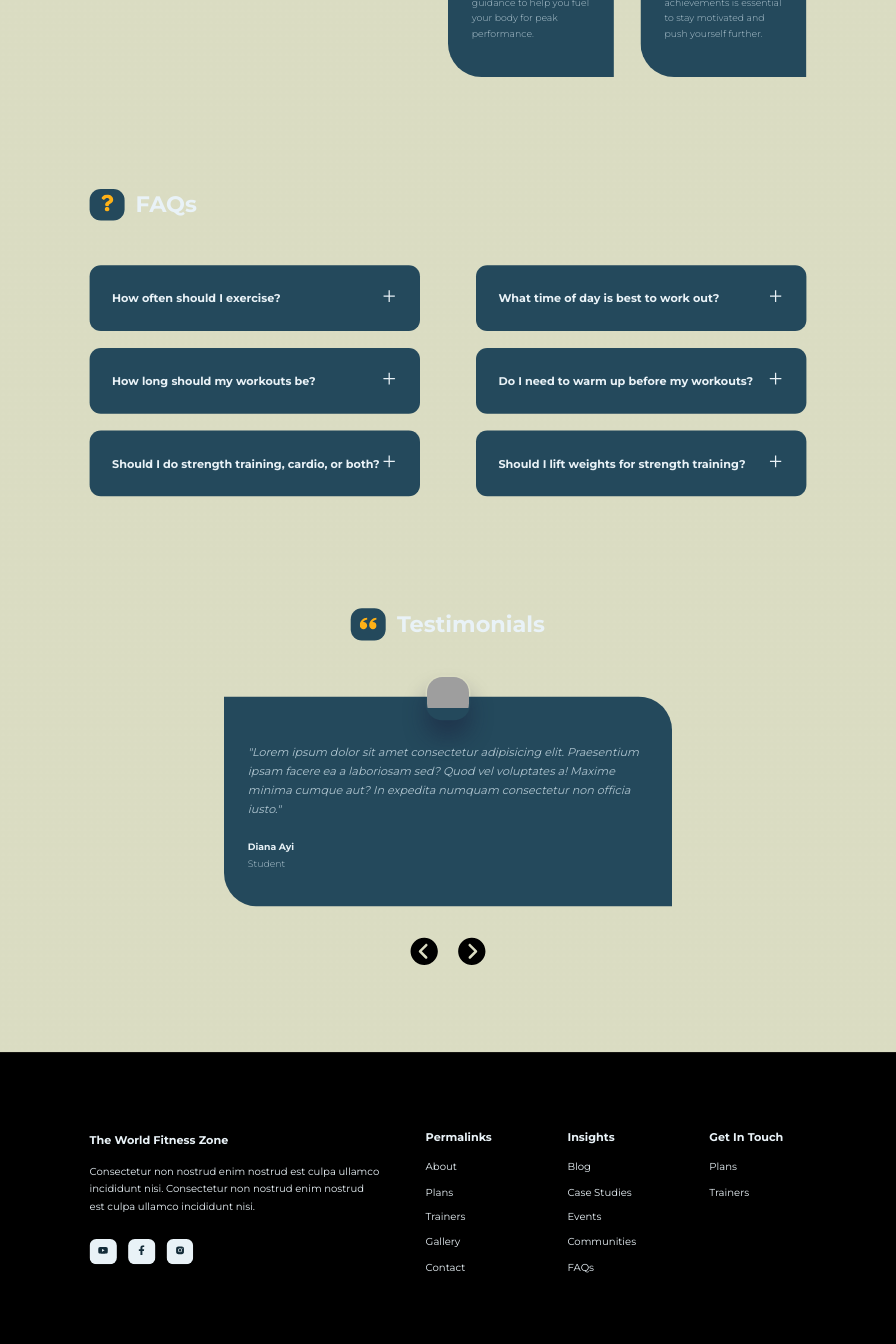
Repository: aryaMode/gym-portfolio
Page: /
The author's editor kept a copy of each file at every save. The page is drawn from the files as they stood at one save, then again after the next save.
The browser window is 1280 px wide. The pictures show the part of the page from y = 2980 to 4900 px (the page is 4900 px tall), at 70% of full size.
Pictures or frames that could not be fetched are drawn as grey boxes. The project was rebuilt for these pictures with package versions that can differ from the ones it lists, and the page was loaded fresh each time. Also part of the build but not shown: src/pages/about/about.css, src/components/Header.jsx, src/pages/about/About.jsx, src/pages/contact/contact.css, src/pages/contact/Contact.jsx, src/pages/gallery/gallery.css, src/pages/gallery/Gallery.jsx, src/pages/notFound/notFound.css and 6 more.

Above is the page before, as saved 2023-07-20 18:01:28.

### public/index.html
<!DOCTYPE html>
<html lang="en">

<head>
    <meta charset="UTF-8">
    <meta http-equiv="X-UA-Compatible" content="IE=edge">
    <meta name="viewport" content="width=device-width, initial-scale=1.0">
    <title>Portfolio Website</title>
    <!-- GOOGLE FONTS (montserrat) -->
    <link href="https://fonts.googleapis.com/css2?family=Montserrat:wght@300;400;500;600;700&display=swap"
        rel="stylesheet">
</head>

<body>
    <div id="root"></div>
</body>

</html>

### src/App.jsx
// rafce -> shortcut to create component and export
import { BrowserRouter, Routes, Route } from "react-router-dom";
import React from "react";
import Home from "./pages/home/Home";
import About from "./pages/about/About";
import Contact from "./pages/contact/Contact";
import Gallery from "./pages/gallery/Gallery";
import NotFound from "./pages/notFound/NotFound";
import Plans from "./pages/plans/Plans";
import Trainers from "./pages/trainers/Trainers";
import Navbar from "./components/Navbar";
import Footer from "./components/Footer";

const App = () => {
	return (
		<BrowserRouter>
			<Navbar />
			<Routes>
				<Route index element={<Home />} />
				<Route path="about" element={<About />} />
				<Route path="contact" element={<Contact />} />
				<Route path="gallery" element={<Gallery />} />
				<Route path="plans" element={<Plans />} />
				<Route path="trainers" element={<Trainers />} />
				<Route path="*" element={<NotFound />} />
			</Routes>
			<Footer />
		</BrowserRouter>
	);
};

export default App;

### src/pages/home/Home.jsx
import React from "react";
import "./home.css";
import MainHeader from "../../components/MainHeader";
import Program from "../../components/Program";
import Values from "../../components/Values";
import FAQs from "../../components/FAQs";
import Testimonial from "../../components/Testimonial";
// import Footer from "../../components/Footer";

const Home = () => {
	return (
		<>
			<MainHeader />
			<Program />
			<Values />
			<FAQs />
			<Testimonial />
			{/* <Footer /> comment this out so footer wount be double */}
		</>
	);
};

export default Home;

### src/components/Navbar.jsx
import { useState } from "react";
import {logoName} from "../data";
import { Link, NavLink } from "react-router-dom";
// NavLink comes with an isactive prop which we can use to detect which page we on
// so we can have a special style for that link
import React from "react";
import Logo from "../images/logo.png";
import { links } from "../data";
import { GoThreeBars } from "react-icons/go";
import { MdOutlineClose } from "react-icons/md";
import "./navbar.css";

const Navbar = () => {
	const [isNavShowing, setIsNavShowing] = useState(false);

	const handleNavToggle = () => {
		return setIsNavShowing((prevVAlue) => {
			return !prevVAlue;
		});
	};

	return (
		<nav>
			<div className="container nav__container">
				<Link to="/" className="logo" onClick={handleNavToggle}>
					{/* <img src={Logo} alt="Nav-logo" /> */}
					<div>{logoName}</div>
				</Link>
				<ul
					className={`nav__links ${isNavShowing ? "show__nav" : "hide__nav"}`}
				>
					{/* Destructure the links array of object from the links to get each item */}
					{links.map(({ name, path }, index) => {
						return (
							<li key={index}>
								<NavLink
									to={path}
									className={({ isActive }) => (isActive ? "active-nav" : "")}
									onClick={handleNavToggle}
								>
									{name}
								</NavLink>
							</li>
						);
					})}
				</ul>
				<button onClick={handleNavToggle} className="nav__toggle-btn">
					{isNavShowing ? <MdOutlineClose /> : <GoThreeBars />}
				</button>
			</div>
		</nav>
	);
};

export default Navbar;

// export PATH=$PATH:/home/daveworld/bin

### src/components/Footer.jsx
import React from "react";
import { Link } from "react-router-dom";
import {logoName} from "../data";
import Logo from "../images/logo.png";
import { FaYoutube } from "react-icons/fa";
import { FaFacebookF } from "react-icons/fa";
import { AiOutlineTwitter } from "react-icons/ai";
import { AiFillInstagram } from "react-icons/ai";

const Footer = () => {
	return (
		<footer>
			<div className="container footer__container">
				<article>
					<Link to="/" className="logo">
						{/* <img src={Logo} alt="Footer Logo" /> */}
					{logoName}
					</Link>
					<p>
						Consectetur non nostrud enim nostrud est culpa ullamco incididunt
						nisi. Consectetur non nostrud enim nostrud est culpa ullamco
						incididunt nisi.
					</p>
					<div className="footer__socials">
						<a
							href="https://youtube.com/@Thesandeep325"
							target="_blank"
							rel="noreferrer noopener"
						>
							<FaYoutube />
						</a>
						<a
							href="https://www.facebook.com/profile.php?id=100000823973714&mibextid=LQQJ4d"
							target="_blank"
							rel="noreferrer noopener"
						>
							<FaFacebookF />
						</a>

						<a
							href="https://instagram.com/the_world_fitness_zone_?igshid=MzRlODBiNWFlZA=="
							target="_blank"
							rel="noreferrer noopener"
						>
							<AiFillInstagram />
						</a>
					</div>
				</article>
				<article>
					<h4>Permalinks</h4>
					<Link to="/about">About</Link>
					<Link to="/plans">Plans</Link>
					<Link to="/trainers">Trainers</Link>
					<Link to="/gallery">Gallery</Link>
					<Link to="/contact">Contact</Link>
				</article>
				<article>
					<h4>Insights</h4>
					<Link to="/s">Blog</Link>
					<Link to="/s">Case Studies</Link>
					<Link to="/s">Events</Link>
					<Link to="/s">Communities</Link>
					<Link to="/constact">FAQs</Link>
				</article>
				<article>
					<h4>Get In Touch</h4>
					<Link to="/contact">Plans</Link>
					<Link to="/s">Trainers</Link>
				</article>
			</div>
			<br />
			<br />
			<br />
			<br />
		</footer>
	);
};

export default Footer;

### src/components/MainHeader.jsx
import React from "react";
import { Link } from "react-router-dom";
import Image from "../images/main_header.png";

const MainHeader = () => {
	return (
		<header className="main__header">
			<div className="container main__header-container">
				<div className="main__header-left">
					<h4>Welcome to The World Fitness Zone, Karnal!</h4>
					<h1>Unleash Your Potential with The World Fitness Zone

</h1>
					<p>
					Are you ready to take your fitness journey to the next level? Look no further than The World Fitness Zone - Karnal's premier fitness destination. We are not just a gym; we are a community of fitness enthusiasts who believe in the power of transformation and the pursuit of a healthier, fitter lifestyle.
					</p>
					<Link to="/contact" className="btn lg">
						Get Started
					</Link>
				</div>
				<div className="main__header-right">
					<div className="main__header-circle"></div>
					<div className="main__header-image">
						<img src={Image} alt="MainHeaderImage" />
					</div>
				</div>
			</div>
		</header>
	);
};

export default MainHeader;

### src/components/Program.jsx
import React from "react";
import { FaCrown } from "react-icons/fa";
import SectionHead from "./SectionHead";
import { programs } from "../data";
import Card from "../UI/Card";
import { Link } from "react-router-dom";
import { AiFillCaretRight } from "react-icons/ai";

const Program = () => {
	return (
		<section className="programs">
			<div className="container programs container">
				<SectionHead icon={<FaCrown />} title="Programs" />

				<div className="program__wrapper">
					{programs.map(({ id, icon, title, info, path }) => {
						return (
							<Card className="programs__program" key={id}>
								<span>{icon}</span>
								<h4>{title}</h4>
								<small>{info}</small>
								<Link to={path} className="btn sm">
									Contact Us <AiFillCaretRight />
								</Link>
							</Card>
						);
					})}
				</div>
			</div>
		</section>
	);
};

export default Program;

### src/components/Values.jsx
import React from "react";
import Image from "../images/values.jpg";
import SectionHead from "./SectionHead";
import { GiCutDiamond } from "react-icons/gi";
import { values } from "../data";
import Card from "../UI/Card";

const Values = () => {
	return (
		<section className="values">
			<div className="container values__container">
				<div className="values__left">
					<div className="values__image">
						<img src={Image} alt="values Image" />
					</div>
				</div>
				<div className="values__right">
					<SectionHead icon={<GiCutDiamond />} title="Values" />
					<p>
					We believe in empowering individuals to take charge of their fitness journey, unlocking their full potential, and transforming their lives through dedication and perseverance.
					</p>
					<div className="values__wrapper">
						{values.map(({ id, icon, title, desc }) => {
							return (
								<Card className="values__value" key={id}>
									<span>{icon}</span>
									<h4>{title}</h4>
									<small>{desc}</small>
								</Card>
							);
						})}
					</div>
				</div>
			</div>
		</section>
	);
};

export default Values;

### src/components/FAQs.jsx
import React from "react";
import { FaQuestion } from "react-icons/fa";
import { faqs } from "../data";
import FAQ from "./FAQ";
import SectionHead from "./SectionHead";
const FAQs = () => {
	return (
		<section className="faqs">
			<div className="container faqs__container">
				<SectionHead icon={<FaQuestion />} title="FAQs" />
				<div className="faqs__wrapper">
					{faqs.map(({ id, question, answer }) => {
						return <FAQ key={id} question={question} answer={answer} />;
					})}
				</div>
			</div>
		</section>
	);
};

export default FAQs;

### src/components/Testimonial.jsx
import React, { useState } from "react";
import SectionHead from "./SectionHead";
import { ImQuotesLeft } from "react-icons/im";
import Card from "../UI/Card";
import {
	IoIosArrowDropleftCircle,
	IoIosArrowDroprightCircle,
} from "react-icons/io";
import { testimonials } from "../data";

const Testimonial = () => {
	const [index, setIndex] = useState(0);
	const { name, quote, job, avatar } = testimonials[index];

	const handlePreviousTestimonial = () => {
		setIndex((prevValue) => {
			return prevValue - 1;
		});
		if (index <= 0) {
			setIndex(testimonials.length - 1);
		}
	};
	const handleAfterTestimonial = () => {
		setIndex((prevValue) => {
			return prevValue + 1;
		});
		if (index >= testimonials.length - 1) {
			setIndex(0);
		}
	};

	return (
		<section className="testimonials">
			<div className="container testimonial__container">
				<SectionHead
					icon={<ImQuotesLeft />}
					title="Testimonials"
					className="testimonials__head"
				/>
				<Card className="testimonial">
					<div className="testimonial__avatar">
						<img src={avatar} alt={name} />
					</div>
					<p className="testimonial__quote">{`"${quote}"`}</p>
					<h5>{name}</h5>
					<small className="testimonial__title">{job}</small>
				</Card>
				<div className="testimonial__btn-container">
					<button
						className="testimonials__btn"
						onClick={handlePreviousTestimonial}
					>
						<IoIosArrowDropleftCircle />
					</button>
					<button
						className="testimonials__btn"
						onClick={handleAfterTestimonial}
					>
						<IoIosArrowDroprightCircle />
					</button>
				</div>
			</div>
		</section>
	);
};

export default Testimonial;

### src/UI/Card.jsx
import React from "react";

const Card = ({ className, children }) => {
	return <article className={`card ${className}`}>{children}</article>;
};

export default Card;

### src/components/navbar.css
nav{
    height: 5rem;
    width: 100vw; /*100% of the window/browser*/
    background: var(--color-primary);
    display: grid;
    place-items: center;
    position: fixed; /*commnt this to see hiden layers*/
    top: 0;
    left: 0;
    z-index: 99; /* makes sure it sit on all items*/
}

/* Only show on medium and small screens */
.nav__toggle-btn {
    display: none;
}

.nav__container {
    height: 100%;

    display: flex;
    justify-content: space-between;
    align-items: center;
    position: relative;
}

.logo{
    width: 50vw;
    font-size: 1rem;
    font-weight: bold;
    margin-right: 50px;
    display: flex;
}

.nav__links{
    display: flex;
    gap: 3.5rem;
    align-items: center;
}

.nav__links a {
    transition: var(--transition);
}

.nav__links a:hover {
    color: var(--color-secondary);
}

.active-nav {
    position: relative;
}

.active-nav::after{
    content: "";
    display: block;
    width: 1.2rem;
    height: 1.2rem;
    background-color: var(--color-primary);
    position: absolute;
    left: calc(50% - 0.6rem);
    transform: rotate(45deg);
    margin-top: 0.9rem;
}

 /******************** MEDIA QUERIES (mesium and small screens) ********************/
 @media screen and (max-width: 1024px) {
    .nav__toggle-btn {
        display: inline-block;
        background: transparent;
        font-size: 1.8rem;
        cursor: pointer;
    }

    .nav__toggle-btn svg{
        color: var(--color-gray-100);
    }

    .nav__links {
        position: absolute;
        top: 100%;
        right: 0;
        flex-direction: column;
        gap: 0;
        perspective: 400px;
    }

    .active-nav {
        display: none;
    }

    .active-nav, .active-nav::after{
        display: none;
    }

    .nav__links li {
        height: 4rem;
        width: 100%;
        box-shadow: -2rem 2rem 5rem rgba(0, 0, 0, 0.5);
        animation: navAnimation 600ms ease forwards;
        transform: rotateX(90deg);
        opacity: 0;
        transform-origin: top;
    }

    .nav__links li:nth-child(2) {
        animation-delay: 200ms;
    }
    .nav__links li:nth-child(3) {
        animation-delay: 400ms;
    }
    .nav__links li:nth-child(4) {
        animation-delay: 600ms;
    }
    .nav__links li:nth-child(5) {
        animation-delay: 800ms;
    }
    .nav__links li:nth-child(6) {
        animation-delay: 1s;
    }
    .nav__links li:nth-child(7) {
        animation-delay: 1.2s;
    }

    @keyframes navAnimation {
        to {
            transform: rotateX(0);
            opacity: 1;
        }
    }

    .nav__links li a {
        background-color: var(--color-primary);
        height: 100%;
        width: 100%;
        display: flex;
        align-items: center;
        padding: 1rem 5rem 1rem 3rem;
    }

    .show__nav {
        display: flex;
    }

    .hide__nav {
        display: none;
    }

 }

### src/components/SectionHead.jsx
import React from "react";

// A reuseable component for each section name
const SectionHead = ({ icon, title, className }) => {
	return (
		<div className={`section__head ${className}`}>
			<span>{icon}</span>
			<h2>{title}</h2>
		</div>
	);
};

export default SectionHead;

### src/components/FAQ.jsx
import React, { useState } from "react";
import { AiOutlinePlus } from "react-icons/ai";
import { AiOutlineMinus } from "react-icons/ai";

const FAQ = ({ question, answer }) => {
	const [isAnswerShowing, setIsAnswerShowing] = useState(false);

	const handleFAQ = () => {
		return setIsAnswerShowing((prevValue) => {
			return !prevValue;
		});
	};

	return (
		<article className="faq" onClick={handleFAQ}>
			<div>
				<h4>{question}</h4>
				<button className="faq__icon">
					{isAnswerShowing ? <AiOutlineMinus /> : <AiOutlinePlus />}
				</button>
			</div>
			{isAnswerShowing && <p>{answer}</p>}
		</article>
	);
};

export default FAQ;

Loaded but not shown: src/index.js (common file); src/data.js (331 lines, source omitted); src/pages/home/home.css (412 lines, source omitted); src/index.css (248 lines, source omitted)

After the next save:
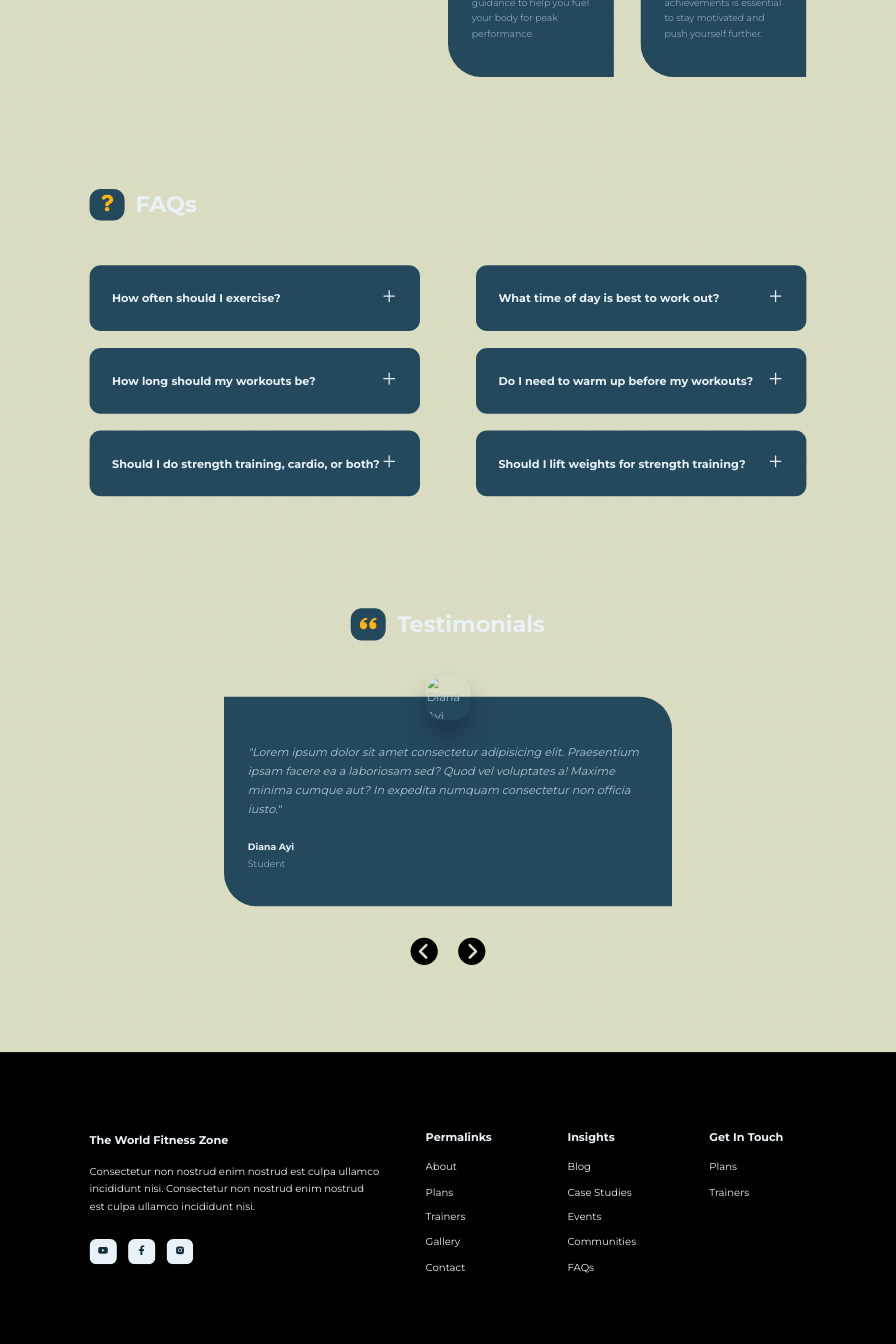
Saved 23 s later.
--- a/src/components/Testimonial.jsx
+++ b/src/components/Testimonial.jsx
@@ -39,7 +39,7 @@
 				/>
 				<Card className="testimonial">
 					<div className="testimonial__avatar">
-						<img src={avatar} alt={name} />
+						<img href={avatar} alt={name} />
 					</div>
 					<p className="testimonial__quote">{`"${quote}"`}</p>
 					<h5>{name}</h5>

After the 3 saves that followed:
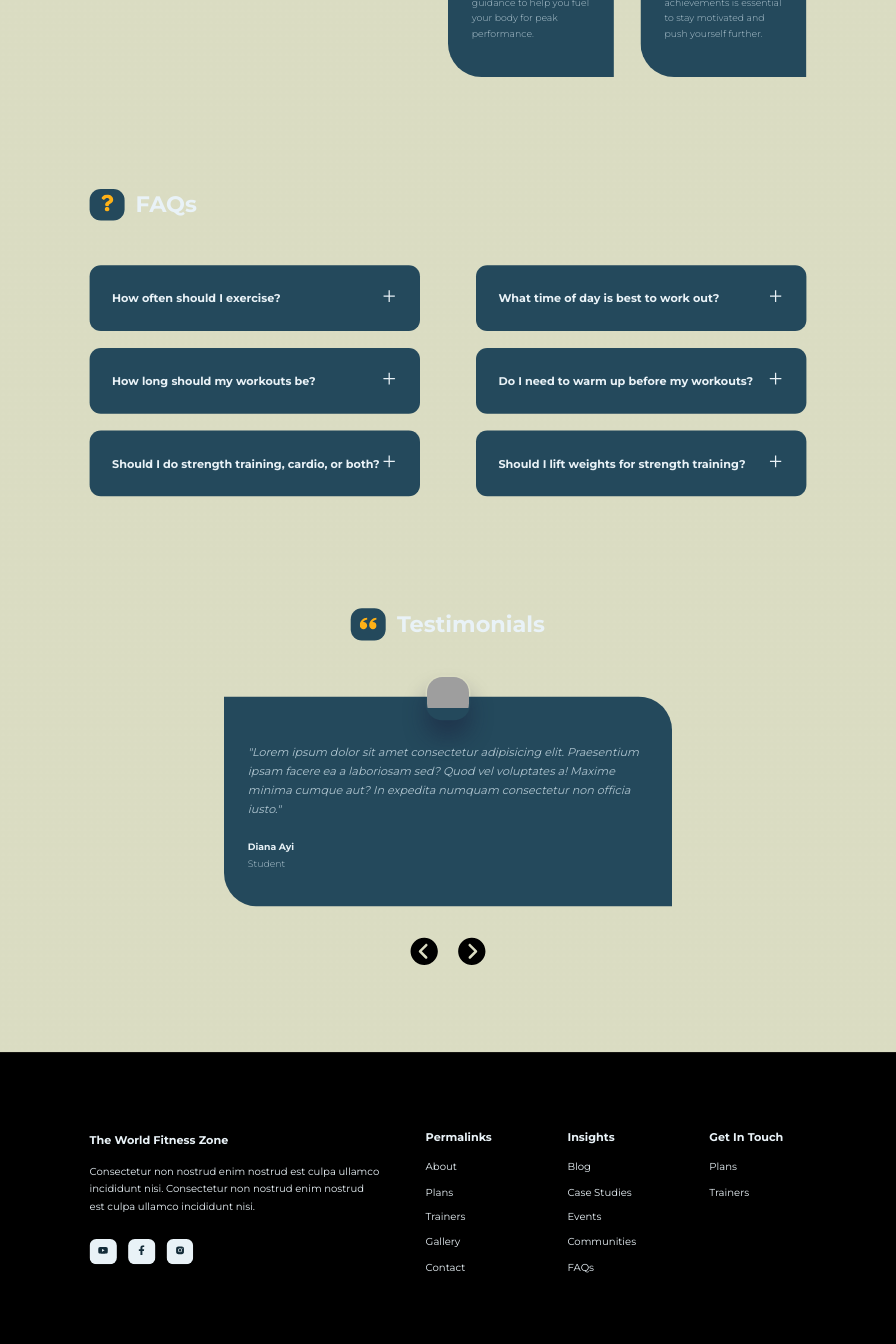
The 3 saves are shown as one change because 2 left the picture as it was.
The last was saved 101 s later.
--- a/src/components/Testimonial.jsx
+++ b/src/components/Testimonial.jsx
@@ -39,7 +39,7 @@
 				/>
 				<Card className="testimonial">
 					<div className="testimonial__avatar">
-						<img href={avatar} alt={name} />
+						<img src={avatar} alt={name} />
 					</div>
 					<p className="testimonial__quote">{`"${quote}"`}</p>
 					<h5>{name}</h5>
